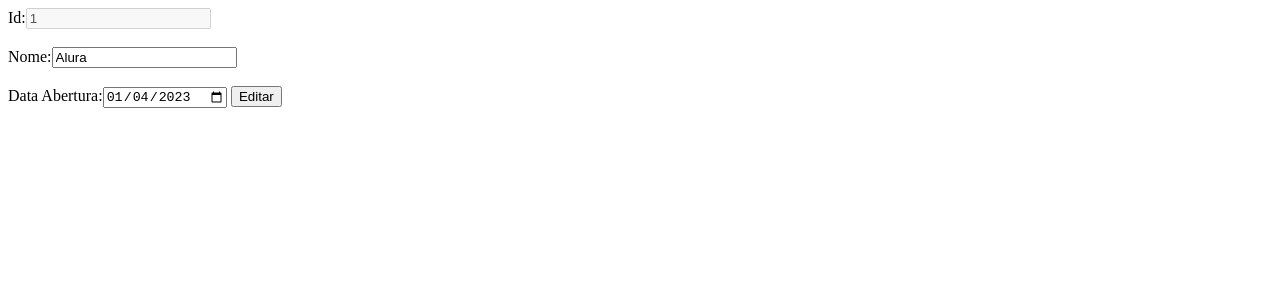
Repository: DerickLFAndrade/Aplicacao_Java_Web_Servlet_TomCat
Page: http://localhost/gerenciador/mostraEmpresa?id=1
These files come from the project's save history. The page is drawn as it stood at one moment and after the next save; the edit follows.
The browser window is 1280 px wide. The pictures show the whole page.
The page is served by Tomcat 9. Other server files are loaded and not shown.

Above is the page before, as saved 2023-01-08 19:46:45.

### gerenciador/WebContent/formAlteraEmpresa.jsp
<%@ taglib uri="http://java.sun.com/jsp/jstl/core" prefix="c" %>
<%@ taglib uri="http://java.sun.com/jsp/jstl/fmt" prefix="fmt" %>
<c:url value="alteraEmpresa" var="linkServletEditarEmpresa"/>
<!DOCTYPE html>
<html>
<head>
<meta charset="ISO-8859-1">
<title>Insert title here</title>
</head>
<body>

	<form action="${linkServletEditarEmpresa}" method="post">
	<label>Id:</label><input type="text" name="id" value="${empresa.id}" disabled/>
	<br><br>
		<label>Nome:</label><input type="text" name="nome" value="${empresa.nome}"/>
		<br><br>
		<label>Data Abertura:</label><input type="date" name="dataAbertura" value="<fmt:formatDate value="${empresa.dataAbertura}" pattern="yyyy-MM-dd"/>"/>
		<button type="submit">Editar</button>

	</form>
</body>
</html>

### gerenciador/src/br/com/alura/gerenciador/servlet/MostraEmpresaServlet.java
package br.com.alura.gerenciador.servlet;

import java.io.IOException;

import javax.servlet.RequestDispatcher;
import javax.servlet.ServletException;
import javax.servlet.annotation.WebServlet;
import javax.servlet.http.HttpServlet;
import javax.servlet.http.HttpServletRequest;
import javax.servlet.http.HttpServletResponse;

@WebServlet("/mostraEmpresa")
public class MostraEmpresaServlet extends HttpServlet {
	private static final long serialVersionUID = 1L;

	protected void doGet(HttpServletRequest request, HttpServletResponse response) throws ServletException, IOException {

		Integer paramId = Integer.parseInt(request.getParameter("id"));

		Banco banco = new Banco();

		Empresa empresa = banco.buscaEmpresaPelaId(paramId);

		System.out.println(empresa);

		request.setAttribute("empresa", empresa);
		RequestDispatcher rd = request.getRequestDispatcher("/formAlteraEmpresa.jsp");
		rd.forward(request, response);
	}

}

### gerenciador/src/br/com/alura/gerenciador/servlet/Banco.java
package br.com.alura.gerenciador.servlet;

import java.util.ArrayList;
import java.util.Date;
import java.util.Iterator;
import java.util.List;

public class Banco {

	private static List<Empresa> listEmpresa = new ArrayList<>();
	private static Integer chaveSequencial = 1;
	static {
		  Empresa empresa = new Empresa(chaveSequencial++, "Alura", new Date());
		  Empresa empresa2 = new Empresa(chaveSequencial++, "Caelum", new Date());
		  Banco.listEmpresa.add(empresa);
		  Banco.listEmpresa.add(empresa2);
		}

	public static List<Empresa> getListEmpresa() {
		return listEmpresa;
	}

	public void addEmpresa(Empresa emp) {
		emp.setId(Banco.chaveSequencial++);
		Banco.listEmpresa.add(emp);
	}
	public List<Empresa> getEmpresas(){
		return Banco.listEmpresa;
	}
	public void removerEmpresa(Integer id) {

		Iterator<Empresa> it = listEmpresa.iterator();

		while(it.hasNext()) {
			Empresa emp = it.next();

			if(emp.getId() == id) {
				it.remove();
			}
		}
	}

	public Empresa buscaEmpresaPelaId(Integer id) {

		for(Empresa empresa : listEmpresa) {
			if(empresa.getId() == id) {
				return empresa;
			}
		}

		return null;
	}

	public void alteraEmpresa(Integer id, String nome, Date dataAbertura) {
			Iterator<Empresa> it = listEmpresa.iterator();

		while(it.hasNext()) {
			Empresa emp = it.next();

			if(emp.getId() == id) {
				emp.setDataAbertura(dataAbertura);
				emp.setNome(nome);
			}
		}
	}
}

### gerenciador/src/br/com/alura/gerenciador/servlet/Empresa.java
package br.com.alura.gerenciador.servlet;

import java.util.Date;

public class Empresa {

	private Integer id;
	private String nome;
	private Date dataAbertura;

	public Empresa(Integer id, String nome, Date dataAbertura) {
		this.id = id;
		this.nome = nome;
		this.dataAbertura = dataAbertura;
	}
	public int getId() {
		return id;
	}
	public void setId(int id) {
		this.id = id;
	}
	public String getNome() {
		return nome;
	}
	public void setNome(String nome) {
		this.nome = nome;
	}
	public Date getDataAbertura() {
		return dataAbertura;
	}
	public void setDataAbertura(Date dataAbertura) {
		this.dataAbertura = dataAbertura;
	}

	@Override
	public String toString() {
		return "Id: " + id + "\n" + "Empresa: " + nome + "\n" + "Data Abertura: " + dataAbertura;

	}

}

After the next save:
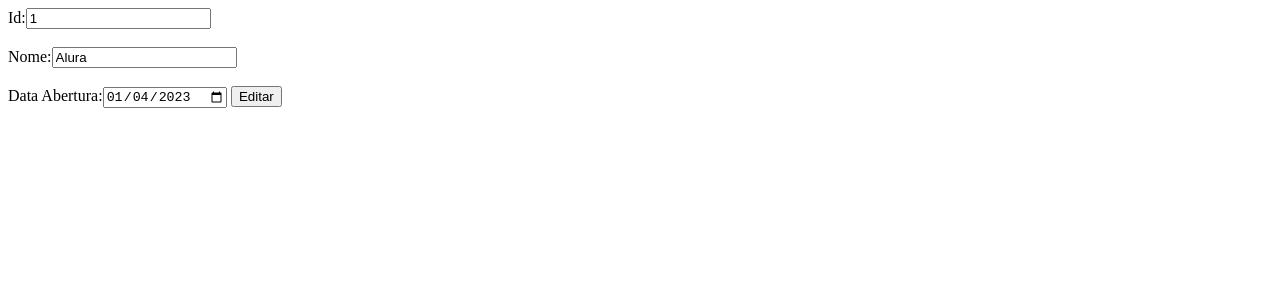
Saved 21 s later.
--- a/gerenciador/WebContent/formAlteraEmpresa.jsp
+++ b/gerenciador/WebContent/formAlteraEmpresa.jsp
@@ -10,7 +10,7 @@
 <body>
 
 	<form action="${linkServletEditarEmpresa}" method="post">
-	<label>Id:</label><input type="text" name="id" value="${empresa.id}" disabled/>
+	<label>Id:</label><input type="text" name="id" value="${empresa.id}"/>
 	<br><br>
 		<label>Nome:</label><input type="text" name="nome" value="${empresa.nome}"/>
 		<br><br>
